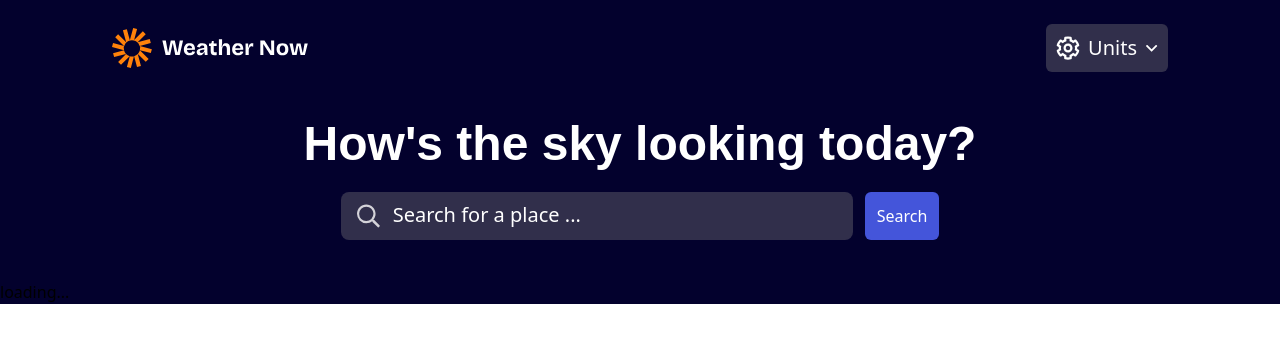
Repository: ayakhaled0001/weather-app
Page: /
The author's editor kept a copy of each file at every save. The page is drawn from the files as they stood at one save, then again after the next save.
The browser window is 1280 px wide. The pictures show the whole page.
The page's requests for data from a server got no answer. The project was rebuilt for these pictures with package versions that can differ from the ones it lists, and the page was loaded fresh each time. No one was signed in, and anything a server would have sent is missing. Also part of the build but not shown: vite.config.js, src/App.css, src/components/Utilites.jsx, src/components/main_components/Hero.jsx, src/components/main_components/SideBar.jsx, src/components/main_components/Properties.jsx, src/components/main_components/DailyForecast.jsx.

Above is the page before, as saved 2025-09-22 06:37:04.

After the next save:
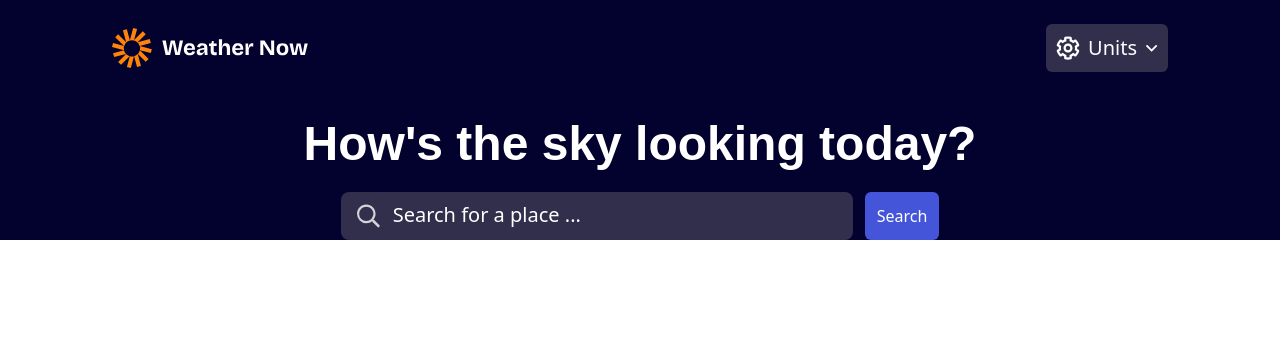
Saved 25 s later.
--- a/src/App.jsx
+++ b/src/App.jsx
@@ -3,23 +3,40 @@ import "./App.css";
 import Nav from "./components/Nav";
 import Header from "./components/Header";
 import Main from "./components/Main";
+import LoadingState from "./components/LoadingState";
 
 function App() {
   const [weather, setWeather] = useState(null);
   const [city, setCity] = useState("Egypt");
+  const [loading, setLoading] = useState(true);
+
   useEffect(() => {
     async function fetchData(city) {
-      const currCity =
-        await fetch(`https://geocoding-api.open-meteo.com/v1/search?name=${city}
-`).then((r) => r.json());
+      try {
+        setLoading(true);
 
-      const { latitude, longitude, timezone } = currCity.results[0];
-      const final = await fetch(
-        `https://api.open-meteo.com/v1/forecast?latitude=${latitude}&longitude=${longitude}&current_weather=true&hourly=temperature_2m,apparent_temperature,relativehumidity_2m,windspeed_10m,precipitation,weathercode&daily=temperature_2m_max,temperature_2m_min,weathercode&timezone=${timezone}`
-      );
-      const data = await final.json();
-      console.log(data);
-      setWeather(data);
+        const currCity = await fetch(
+          `https://geocoding-api.open-meteo.com/v1/search?name=${city}`
+        ).then((r) => r.json());
+
+        if (!currCity.results || currCity.results.length === 0) {
+          throw new Error("Location not found");
+        }
+
+        const { latitude, longitude, timezone } = currCity.results[0];
+        const final = await fetch(
+          `https://api.open-meteo.com/v1/forecast?latitude=${latitude}&longitude=${longitude}&current_weather=true&hourly=temperature_2m,apparent_temperature,relativehumidity_2m,windspeed_10m,precipitation,weathercode&daily=temperature_2m_max,temperature_2m_min,weathercode&timezone=${timezone}`
+        );
+
+        const data = await final.json();
+        console.log(data);
+        setWeather(data);
+      } catch (err) {
+        console.error("Error fetching weather data:", err);
+        // You can add error handling here later
+      } finally {
+        setLoading(false);
+      }
     }
     fetchData(city);
   }, [city]);
@@ -38,7 +55,9 @@ function App() {
     <div className="bg-Neutral-900">
       <Nav units={units} setUnits={setUnits} />
       <Header city={city} setCity={setCity} />
-      <Main weather={weather} units={units} />
+
+      {loading && <LoadingState />}
+      {!loading && weather && <Main weather={weather} units={units} />}
     </div>
   );
 }
